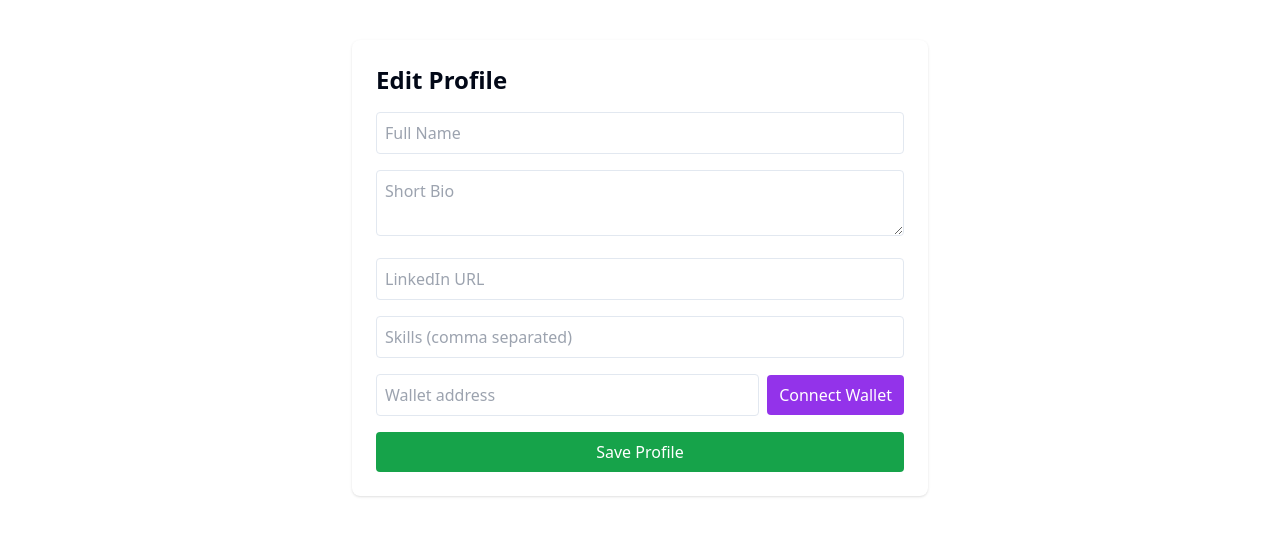
Repository: anjalikumari2207/connect-career-future
Page: /profile (app in client/)
These files come from the project's save history. The page is drawn as it stood at one moment and after the next save; the edit follows.
The browser window is 1280 px wide. The pictures show the whole page.
The page's requests for data from a server got no answer. The project was rebuilt for these pictures with package versions that can differ from the ones it lists, and the page was loaded fresh each time. No one was signed in, and anything a server would have sent is missing. Also part of the build but not shown: client/vite.config.ts, client/src/components/ui/tooltip.tsx, client/src/components/ui/card.tsx, client/src/components/ui/button.tsx, client/src/components/ui/badge.tsx, client/src/components/ui/avatar.tsx, client/src/components/Navigation.tsx, client/src/components/ui/input.tsx and 6 more. Imported but missing from the stored project, and not drawn on this page: client/src/components/AIFeatures, client/src/components/WalletConnect.

Above is the page before, as saved 2025-07-07 18:02:04.

### client/index.html

<!DOCTYPE html>
<html lang="en">
  <head>
    <meta charset="UTF-8" />
    <meta name="viewport" content="width=device-width, initial-scale=1.0" />
    <title>ProConnect - Professional Networking & Job Platform</title>
    <meta name="description" content="AI-powered professional networking and job platform with blockchain payments. Connect, discover opportunities, and grow your career." />
    <meta name="author" content="ProConnect" />

    <meta property="og:title" content="ProConnect - Professional Networking & Job Platform" />
    <meta property="og:description" content="AI-powered professional networking and job platform with blockchain payments. Connect, discover opportunities, and grow your career." />
    <meta property="og:type" content="website" />
    <meta property="og:image" content="https://lovable.dev/opengraph-image-p98pqg.png" />

    <meta name="twitter:card" content="summary_large_image" />
    <meta name="twitter:site" content="@proconnect_dev" />
    <meta name="twitter:image" content="https://lovable.dev/opengraph-image-p98pqg.png" />
  </head>

  <body>
    <div id="root"></div>
    <script type="module" src="/src/main.tsx"></script>
  </body>
</html>

### client/src/App.tsx
import { Toaster } from "@/components/ui/toaster";
import { Toaster as Sonner } from "@/components/ui/sonner";
import { TooltipProvider } from "@/components/ui/tooltip";
import { QueryClient, QueryClientProvider } from "@tanstack/react-query";
import { BrowserRouter, Routes, Route } from "react-router-dom";
import Index from "./pages/Index";
import NotFound from "./pages/NotFound";
import AuthPage from "@/pages/AuthPage";
import ProfilePage from "@/pages/ProfilePage";

const queryClient = new QueryClient();

const App = () => (
  <QueryClientProvider client={queryClient}>
    <TooltipProvider>
      <Toaster />
      <Sonner />
      <BrowserRouter>
        <Routes>
  <Route path="/" element={<Index />} />

  {/* ✅ Add this line to enable /auth route */}
  <Route path="/auth" element={<AuthPage onLogin={(user) => console.log("Logged in:", user)} />} />
  <Route path="/profile" element={<ProfilePage />} />
  <Route path="*" element={<NotFound />} />
</Routes>

      </BrowserRouter>
    </TooltipProvider>
  </QueryClientProvider>
);

export default App;

### client/src/components/ui/toaster.tsx
import { useToast } from "@/hooks/use-toast"
import {
  Toast,
  ToastClose,
  ToastDescription,
  ToastProvider,
  ToastTitle,
  ToastViewport,
} from "@/components/ui/toast"

export function Toaster() {
  const { toasts } = useToast()

  return (
    <ToastProvider>
      {toasts.map(function ({ id, title, description, action, ...props }) {
        return (
          <Toast key={id} {...props}>
            <div className="grid gap-1">
              {title && <ToastTitle>{title}</ToastTitle>}
              {description && (
                <ToastDescription>{description}</ToastDescription>
              )}
            </div>
            {action}
            <ToastClose />
          </Toast>
        )
      })}
      <ToastViewport />
    </ToastProvider>
  )
}

### client/src/components/ui/sonner.tsx
import { useTheme } from "next-themes"
import { Toaster as Sonner, toast } from "sonner"

type ToasterProps = React.ComponentProps<typeof Sonner>

const Toaster = ({ ...props }: ToasterProps) => {
  const { theme = "system" } = useTheme()

  return (
    <Sonner
      theme={theme as ToasterProps["theme"]}
      className="toaster group"
      toastOptions={{
        classNames: {
          toast:
            "group toast group-[.toaster]:bg-background group-[.toaster]:text-foreground group-[.toaster]:border-border group-[.toaster]:shadow-lg",
          description: "group-[.toast]:text-muted-foreground",
          actionButton:
            "group-[.toast]:bg-primary group-[.toast]:text-primary-foreground",
          cancelButton:
            "group-[.toast]:bg-muted group-[.toast]:text-muted-foreground",
        },
      }}
      {...props}
    />
  )
}

export { Toaster, toast }

### client/src/pages/ProfilePage.tsx
import { useEffect, useState } from "react";
import axios from "@/api/axios";

export default function ProfilePage() {
  const [form, setForm] = useState({
    name: "",
    bio: "",
    linkedin: "",
    skills: "",
    wallet: "",
  });
  const [loading, setLoading] = useState(true);
  const [saved, setSaved] = useState(false);

  // Fetch profile on mount
  useEffect(() => {
    axios.get("/auth/profile").then((res) => {
      const { name, bio, linkedin, skills, wallet } = res.data;
      setForm({
        name: name || "",
        bio: bio || "",
        linkedin: linkedin || "",
        skills: skills?.join(", ") || "",
        wallet: wallet || "",
      });
      setLoading(false);
    }).catch((err) => {
      console.error("Profile load failed", err);
      setLoading(false);
    });
  }, []);

  const handleChange = (e: React.ChangeEvent<HTMLInputElement | HTMLTextAreaElement>) => {
    setForm({ ...form, [e.target.name]: e.target.value });
  };

  const handleSave = async (e: React.FormEvent) => {
    e.preventDefault();
    const updated = {
      ...form,
      skills: form.skills.split(",").map((s) => s.trim()).filter(Boolean),
    };
    await axios.put("/auth/profile", updated);
    setSaved(true);
    setTimeout(() => setSaved(false), 3000);
  };

  const connectWallet = async () => {
    if ((window as any).ethereum) {
      const accounts = await (window as any).ethereum.request({ method: "eth_requestAccounts" });
      setForm({ ...form, wallet: accounts[0] });
    } else {
      alert("MetaMask not detected. Please install it.");
    }
  };

  if (loading) return <p className="text-center mt-10">Loading profile...</p>;

  return (
    <div className="max-w-xl mx-auto bg-white p-6 mt-10 shadow rounded-lg">
      <h2 className="text-2xl font-bold mb-4">Edit Profile</h2>

      <form onSubmit={handleSave} className="space-y-4">
        <input
          type="text"
          name="name"
          value={form.name}
          onChange={handleChange}
          placeholder="Full Name"
          className="w-full border p-2 rounded"
        />
        <textarea
          name="bio"
          value={form.bio}
          onChange={handleChange}
          placeholder="Short Bio"
          className="w-full border p-2 rounded"
        />
        <input
          type="text"
          name="linkedin"
          value={form.linkedin}
          onChange={handleChange}
          placeholder="LinkedIn URL"
          className="w-full border p-2 rounded"
        />
        <input
          type="text"
          name="skills"
          value={form.skills}
          onChange={handleChange}
          placeholder="Skills (comma separated)"
          className="w-full border p-2 rounded"
        />
        <div className="flex items-center space-x-2">
          <input
            type="text"
            name="wallet"
            value={form.wallet}
            onChange={handleChange}
            placeholder="Wallet address"
            className="flex-1 border p-2 rounded"
          />
          <button type="button" onClick={connectWallet} className="bg-purple-600 text-white px-3 py-2 rounded">
            Connect Wallet
          </button>
        </div>
        <button type="submit" className="w-full bg-green-600 text-white p-2 rounded">
          Save Profile
        </button>
        {saved && <p className="text-green-500 text-sm mt-2">Profile saved!</p>}
      </form>
    </div>
  );
}

### client/src/components/ui/toast.tsx
import * as React from "react"
import * as ToastPrimitives from "@radix-ui/react-toast"
import { cva, type VariantProps } from "class-variance-authority"
import { X } from "lucide-react"

import { cn } from "@/lib/utils"

const ToastProvider = ToastPrimitives.Provider

const ToastViewport = React.forwardRef<
  React.ElementRef<typeof ToastPrimitives.Viewport>,
  React.ComponentPropsWithoutRef<typeof ToastPrimitives.Viewport>
>(({ className, ...props }, ref) => (
  <ToastPrimitives.Viewport
    ref={ref}
    className={cn(
      "fixed top-0 z-[100] flex max-h-screen w-full flex-col-reverse p-4 sm:bottom-0 sm:right-0 sm:top-auto sm:flex-col md:max-w-[420px]",
      className
    )}
    {...props}
  />
))
ToastViewport.displayName = ToastPrimitives.Viewport.displayName

const toastVariants = cva(
  "group pointer-events-auto relative flex w-full items-center justify-between space-x-4 overflow-hidden rounded-md border p-6 pr-8 shadow-lg transition-all data-[swipe=cancel]:translate-x-0 data-[swipe=end]:translate-x-[var(--radix-toast-swipe-end-x)] data-[swipe=move]:translate-x-[var(--radix-toast-swipe-move-x)] data-[swipe=move]:transition-none data-[state=open]:animate-in data-[state=closed]:animate-out data-[swipe=end]:animate-out data-[state=closed]:fade-out-80 data-[state=closed]:slide-out-to-right-full data-[state=open]:slide-in-from-top-full data-[state=open]:sm:slide-in-from-bottom-full",
  {
    variants: {
      variant: {
        default: "border bg-background text-foreground",
        destructive:
          "destructive group border-destructive bg-destructive text-destructive-foreground",
      },
    },
    defaultVariants: {
      variant: "default",
    },
  }
)

const Toast = React.forwardRef<
  React.ElementRef<typeof ToastPrimitives.Root>,
  React.ComponentPropsWithoutRef<typeof ToastPrimitives.Root> &
    VariantProps<typeof toastVariants>
>(({ className, variant, ...props }, ref) => {
  return (
    <ToastPrimitives.Root
      ref={ref}
      className={cn(toastVariants({ variant }), className)}
      {...props}
    />
  )
})
Toast.displayName = ToastPrimitives.Root.displayName

const ToastAction = React.forwardRef<
  React.ElementRef<typeof ToastPrimitives.Action>,
  React.ComponentPropsWithoutRef<typeof ToastPrimitives.Action>
>(({ className, ...props }, ref) => (
  <ToastPrimitives.Action
    ref={ref}
    className={cn(
      "inline-flex h-8 shrink-0 items-center justify-center rounded-md border bg-transparent px-3 text-sm font-medium ring-offset-background transition-colors hover:bg-secondary focus:outline-none focus:ring-2 focus:ring-ring focus:ring-offset-2 disabled:pointer-events-none disabled:opacity-50 group-[.destructive]:border-muted/40 group-[.destructive]:hover:border-destructive/30 group-[.destructive]:hover:bg-destructive group-[.destructive]:hover:text-destructive-foreground group-[.destructive]:focus:ring-destructive",
      className
    )}
    {...props}
  />
))
ToastAction.displayName = ToastPrimitives.Action.displayName

const ToastClose = React.forwardRef<
  React.ElementRef<typeof ToastPrimitives.Close>,
  React.ComponentPropsWithoutRef<typeof ToastPrimitives.Close>
>(({ className, ...props }, ref) => (
  <ToastPrimitives.Close
    ref={ref}
    className={cn(
      "absolute right-2 top-2 rounded-md p-1 text-foreground/50 opacity-0 transition-opacity hover:text-foreground focus:opacity-100 focus:outline-none focus:ring-2 group-hover:opacity-100 group-[.destructive]:text-red-300 group-[.destructive]:hover:text-red-50 group-[.destructive]:focus:ring-red-400 group-[.destructive]:focus:ring-offset-red-600",
      className
    )}
    toast-close=""
    {...props}
  >
    <X className="h-4 w-4" />
  </ToastPrimitives.Close>
))
ToastClose.displayName = ToastPrimitives.Close.displayName

const ToastTitle = React.forwardRef<
  React.ElementRef<typeof ToastPrimitives.Title>,
  React.ComponentPropsWithoutRef<typeof ToastPrimitives.Title>
>(({ className, ...props }, ref) => (
  <ToastPrimitives.Title
    ref={ref}
    className={cn("text-sm font-semibold", className)}
    {...props}
  />
))
ToastTitle.displayName = ToastPrimitives.Title.displayName

const ToastDescription = React.forwardRef<
  React.ElementRef<typeof ToastPrimitives.Description>,
  React.ComponentPropsWithoutRef<typeof ToastPrimitives.Description>
>(({ className, ...props }, ref) => (
  <ToastPrimitives.Description
    ref={ref}
    className={cn("text-sm opacity-90", className)}
    {...props}
  />
))
ToastDescription.displayName = ToastPrimitives.Description.displayName

type ToastProps = React.ComponentPropsWithoutRef<typeof Toast>

type ToastActionElement = React.ReactElement<typeof ToastAction>

export {
  type ToastProps,
  type ToastActionElement,
  ToastProvider,
  ToastViewport,
  Toast,
  ToastTitle,
  ToastDescription,
  ToastClose,
  ToastAction,
}

### client/src/api/axios.ts
import axios from "axios";

const instance = axios.create({
  baseURL: "http://localhost:5000/api", // points to your running backend
});

// Automatically attach JWT token if logged in
instance.interceptors.request.use((config) => {
  const token = localStorage.getItem("token");
  if (token) {
    config.headers.Authorization = token;
  }
  return config;
});

export default instance;

Loaded but not shown: client/src/main.tsx (common file); client/src/index.css (common file); client/src/hooks/use-toast.ts (common file); client/src/lib/utils.ts (common file); client/tailwind.config.ts (common file)

After the next save:
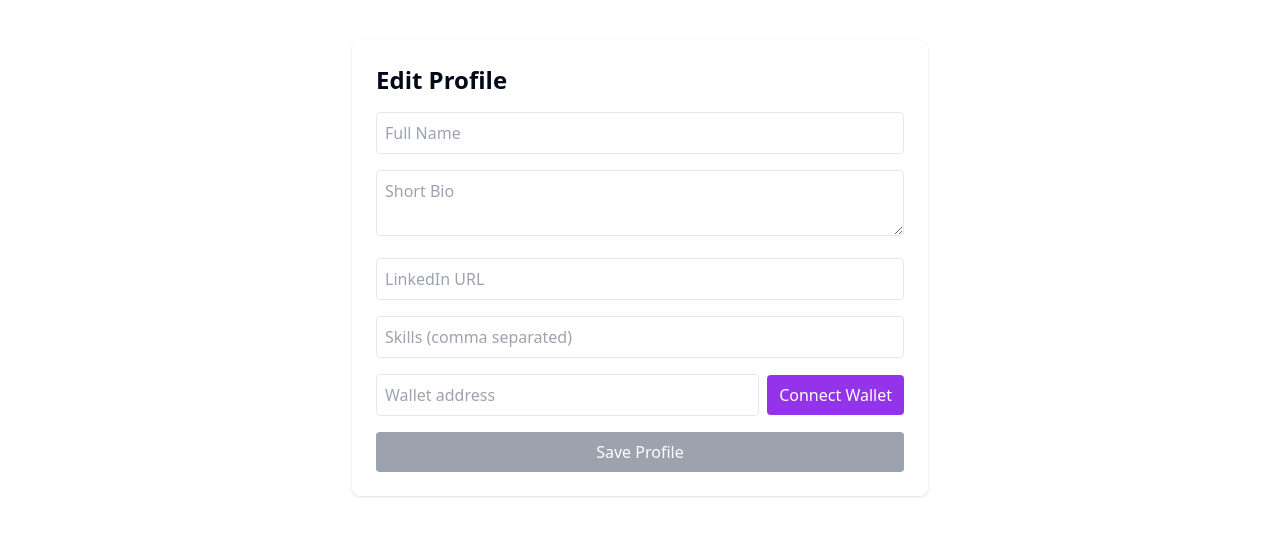
Saved 106 min 12 s later.
--- a/client/src/pages/ProfilePage.tsx
+++ b/client/src/pages/ProfilePage.tsx
@@ -105,9 +105,14 @@ export default function ProfilePage() {
             Connect Wallet
           </button>
         </div>
-        <button type="submit" className="w-full bg-green-600 text-white p-2 rounded">
-          Save Profile
-        </button>
+        <button
+  type="submit"
+  disabled={!form.wallet}
+  className={`w-full p-2 rounded ${form.wallet ? 'bg-green-600 text-white' : 'bg-gray-400 text-white cursor-not-allowed'}`}
+>
+  Save Profile
+</button>
+
         {saved && <p className="text-green-500 text-sm mt-2">Profile saved!</p>}
       </form>
     </div>
